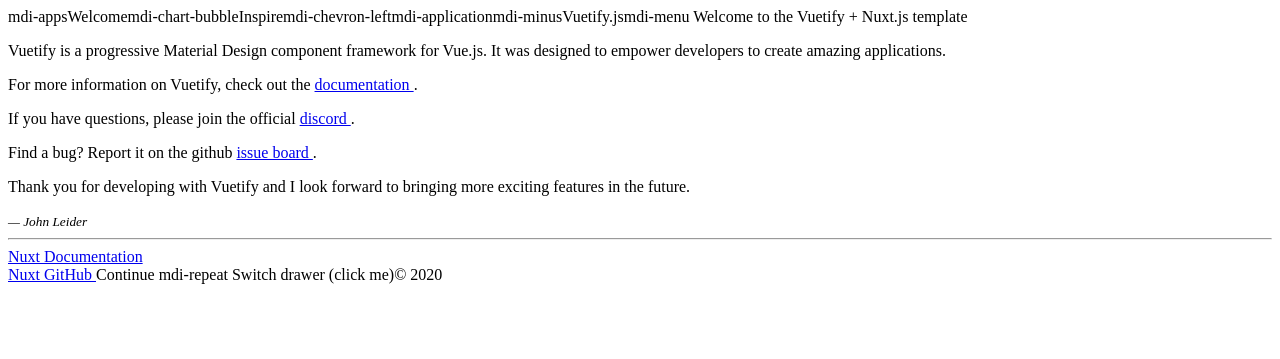
Repository: Natanhel/WhatZapp
Page: /
The author's editor kept a copy of each file at every save. The page is drawn from the files as they stood at one save, then again after the next save.
The browser window is 1280 px wide. The pictures show the whole page.
The project was rebuilt for these pictures with package versions that can differ from the ones it lists, and the page was loaded fresh each time. The framework's server and built-in components were replaced by stand-ins that run in the browser. Also part of the build but not shown: layouts/error.vue.

Above is the page before, as saved 2020-04-01 14:56:46.

After the next save:
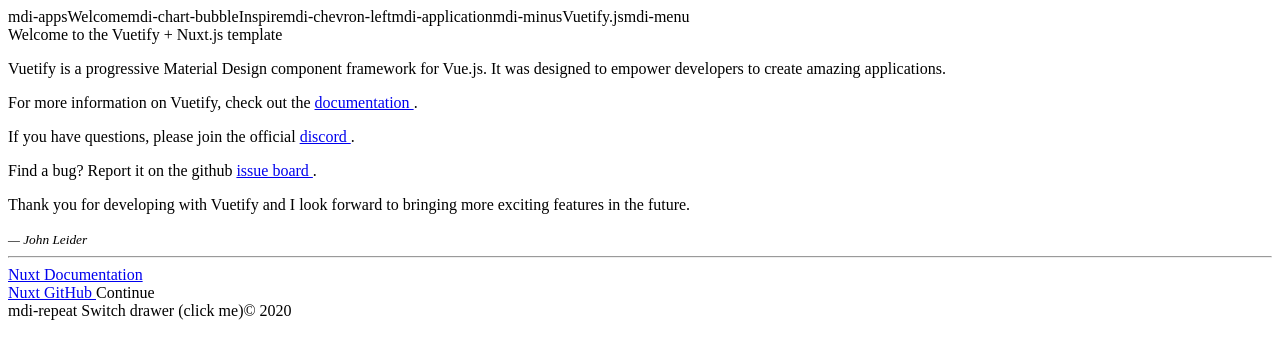
Saved 6 min 24 s later.
--- a/pages/index.vue
+++ b/pages/index.vue
@@ -1,78 +1,80 @@
 <template>
-  <v-layout
-    column
-    justify-center
-    align-center
-  >
-    <v-flex
-      xs12
-      sm8
-      md6
+  <div>
+    <v-layout
+      column
+      justify-center
+      align-center
     >
-      <v-card>
-        <v-card-title class="headline">
-          Welcome to the Vuetify + Nuxt.js template
-        </v-card-title>
-        <v-card-text>
-          <p>Vuetify is a progressive Material Design component framework for Vue.js. It was designed to empower developers to create amazing applications.</p>
-          <p>
-            For more information on Vuetify, check out the <a
-              href="https://vuetifyjs.com"
+      <v-flex
+        xs12
+        sm8
+        md6
+      >
+        <v-card>
+          <v-card-title class="headline">
+            Welcome to the Vuetify + Nuxt.js template
+          </v-card-title>
+          <v-card-text>
+            <p>Vuetify is a progressive Material Design component framework for Vue.js. It was designed to empower developers to create amazing applications.</p>
+            <p>
+              For more information on Vuetify, check out the <a
+                href="https://vuetifyjs.com"
+                target="_blank"
+              >
+                documentation
+              </a>.
+            </p>
+            <p>
+              If you have questions, please join the official <a
+                href="https://chat.vuetifyjs.com/"
+                target="_blank"
+                title="chat"
+              >
+                discord
+              </a>.
+            </p>
+            <p>
+              Find a bug? Report it on the github <a
+                href="https://github.com/vuetifyjs/vuetify/issues"
+                target="_blank"
+                title="contribute"
+              >
+                issue board
+              </a>.
+            </p>
+            <p>Thank you for developing with Vuetify and I look forward to bringing more exciting features in the future.</p>
+            <div class="text-xs-right">
+              <em><small>&mdash; John Leider</small></em>
+            </div>
+            <hr class="my-3">
+            <a
+              href="https://nuxtjs.org/"
               target="_blank"
             >
-              documentation
-            </a>.
-          </p>
-          <p>
-            If you have questions, please join the official <a
-              href="https://chat.vuetifyjs.com/"
+              Nuxt Documentation
+            </a>
+            <br>
+            <a
+              href="https://github.com/nuxt/nuxt.js"
               target="_blank"
-              title="chat"
             >
-              discord
-            </a>.
-          </p>
-          <p>
-            Find a bug? Report it on the github <a
-              href="https://github.com/vuetifyjs/vuetify/issues"
-              target="_blank"
-              title="contribute"
+              Nuxt GitHub
+            </a>
+          </v-card-text>
+          <v-card-actions>
+            <v-spacer />
+            <v-btn
+              color="primary"
+              nuxt
+              to="/inspire"
             >
-              issue board
-            </a>.
-          </p>
-          <p>Thank you for developing with Vuetify and I look forward to bringing more exciting features in the future.</p>
-          <div class="text-xs-right">
-            <em><small>&mdash; John Leider</small></em>
-          </div>
-          <hr class="my-3">
-          <a
-            href="https://nuxtjs.org/"
-            target="_blank"
-          >
-            Nuxt Documentation
-          </a>
-          <br>
-          <a
-            href="https://github.com/nuxt/nuxt.js"
-            target="_blank"
-          >
-            Nuxt GitHub
-          </a>
-        </v-card-text>
-        <v-card-actions>
-          <v-spacer />
-          <v-btn
-            color="primary"
-            nuxt
-            to="/inspire"
-          >
-            Continue
-          </v-btn>
-        </v-card-actions>
-      </v-card>
-    </v-flex>
-  </v-layout>
+              Continue
+            </v-btn>
+          </v-card-actions>
+        </v-card>
+      </v-flex>
+    </v-layout>
+  </div>
 </template>
 
 <script>
